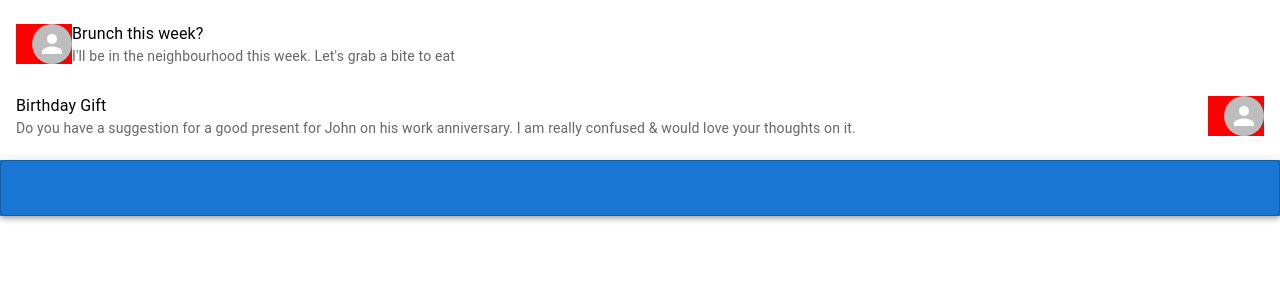
Repository: background-position/midway-react
Page: /chart
The author's editor kept a copy of each file at every save. The page is drawn from the files as they stood at one save, then again after the next save.
The browser window is 1280 px wide. The pictures show the whole page.
The project was rebuilt for these pictures with package versions that can differ from the ones it lists, and the page was loaded fresh each time. Also part of the build but not shown: vite.config.ts, src/service/apis/lambda/index.ts, src/client/pages/login/login.tsx, src/client/pages/register/register.tsx.

Above is the page before, as saved 2021-12-31 18:06:41.

After the next save:
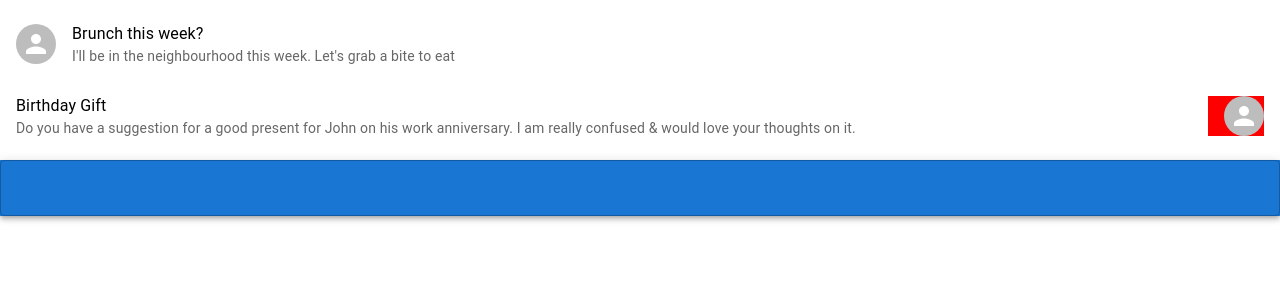
Saved 10 s later.
--- a/src/client/pages/chart/components/chart.tsx
+++ b/src/client/pages/chart/components/chart.tsx
@@ -49,7 +49,7 @@ const App: FC<PageProps> = () => {
                             </ListItem>
                         ) : (
                             <ListItem button>
-                                <ListItemAvatar className={classes.root}>
+                                <ListItemAvatar>
                                     <Avatar alt="Profile Picture" />
                                 </ListItemAvatar>
                                 <ListItemText
